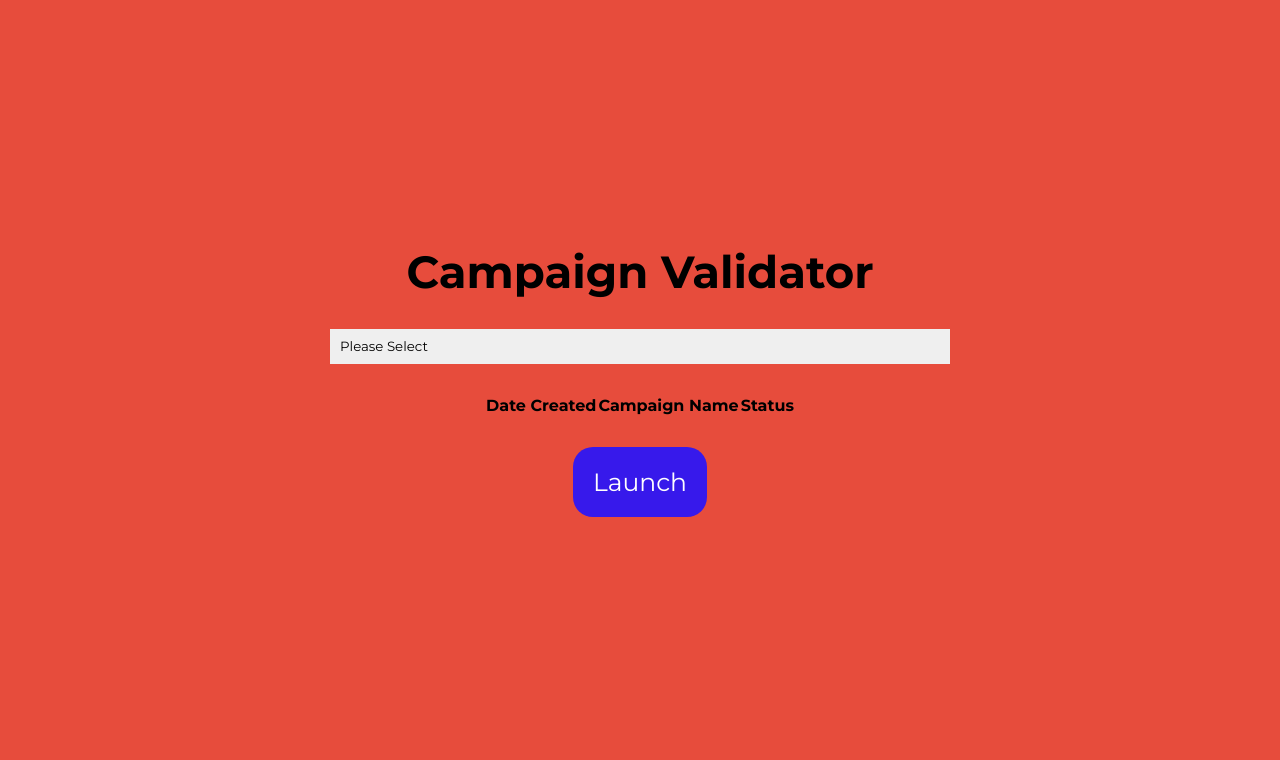
Repository: AbApin/project
Page: / (app in frontend/)
These files come from the project's save history. The page is drawn as it stood at one moment and after the next save; the edit follows.
The browser window is 1280 px wide. The pictures show the whole page.
The page's requests for data from a server got no answer. The project was rebuilt for these pictures with package versions that can differ from the ones it lists, and the page was loaded fresh each time. No one was signed in, and anything a server would have sent is missing. Also part of the build but not shown: frontend/vue.config.js.

Above is the page before, as saved 2023-02-22 11:02:18.

After the next save:
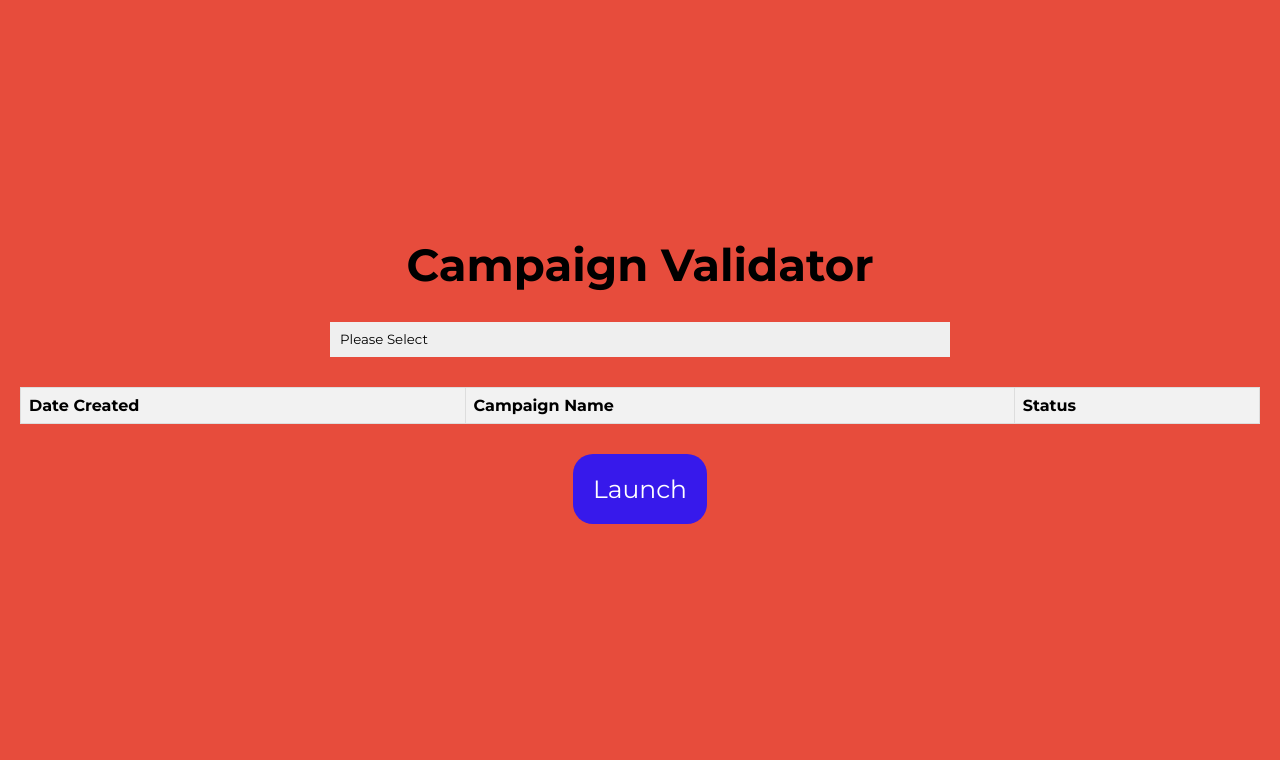
Saved 109 s later.
--- a/frontend/src/App.vue
+++ b/frontend/src/App.vue
@@ -134,4 +134,36 @@ export default {
 .campaignOption:hover {
   background: #e74c3c !important;
 }
+table {
+  border-collapse: collapse;
+  width: 100%;
+}
+
+thead th {
+  background-color: #f2f2f2;
+  border: 1px solid #ddd;
+  padding: 8px;
+  text-align: left;
+}
+
+tbody td {
+  border: 1px solid #ddd;
+  padding: 8px;
+}
+
+tbody tr:nth-child(even) {
+  background-color: #f2f2f2;
+}
+
+tbody tr:hover {
+  background-color: #ddd;
+}
+
+.status-passed {
+  color: green;
+}
+
+.status-failed {
+  color: red;
+}
 </style>
